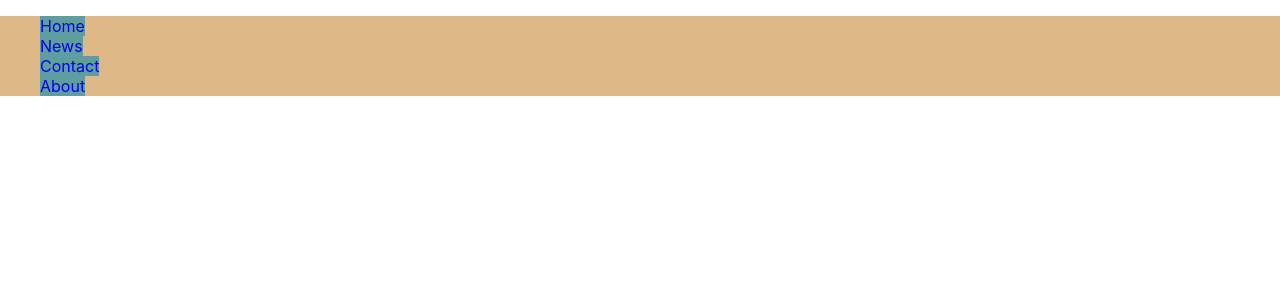
Repository: tusharpasricha/owlsomecoffee
Page: /
An editor plug-in stored every save of this project. The page is shown before and after the next save, followed by the edit.
The browser window is 1280 px wide. The pictures show the whole page.
The project was rebuilt for these pictures with package versions that can differ from the ones it lists, and the page was loaded fresh each time.

Above is the page before, as saved 2021-09-27 08:27:27.

After the next save:
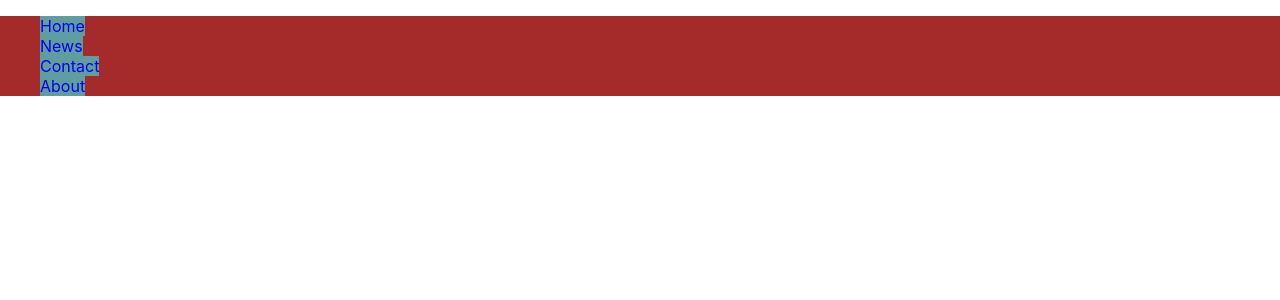
Saved 14 s later.
--- a/src/components/navbar.css
+++ b/src/components/navbar.css
@@ -6,7 +6,7 @@ div{
     height: 50%;
 }
 ul {
-    background-color: burlywood;
+
     list-style-type: none;
   }
 
